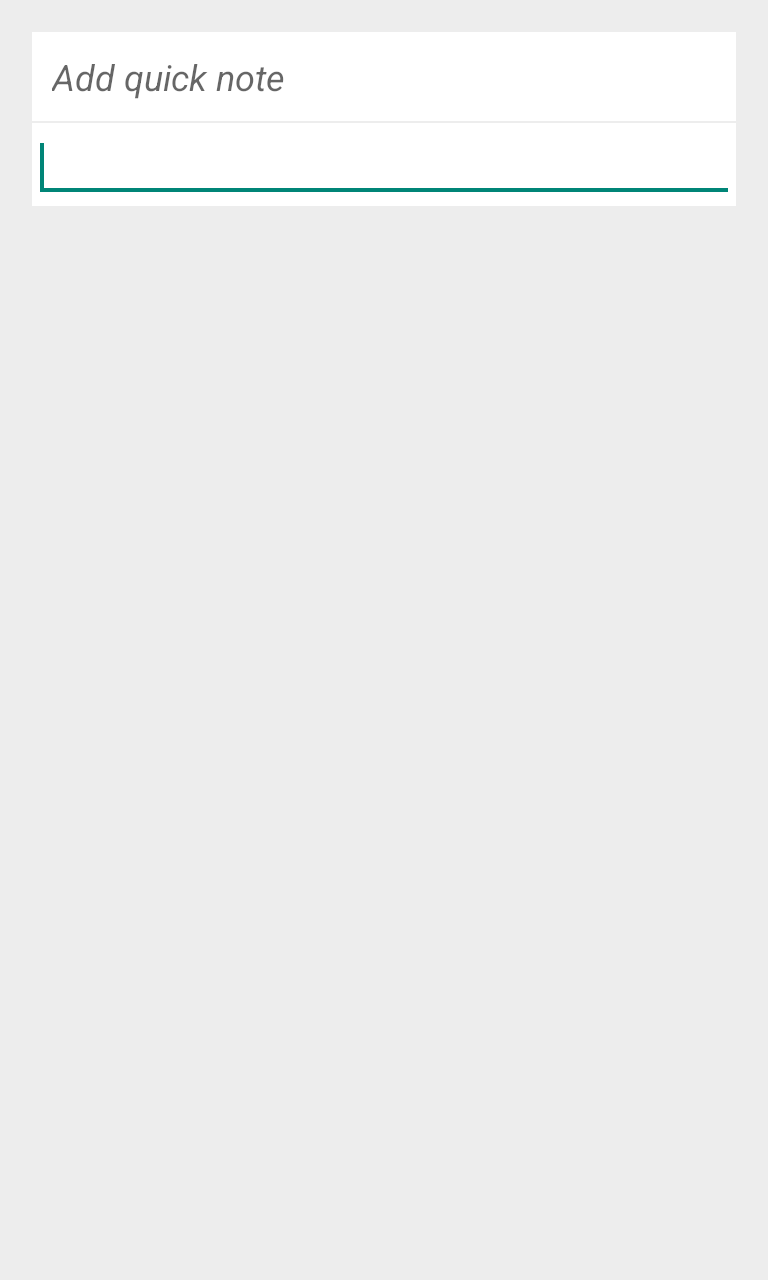
Repository: ishwormali/practices
Layout: Android/GoogleKeep/GoogleKeep/res/layout/fragment_main.xml
These files come from the project's save history. The layout is drawn as it stood at one moment and after a run of saves; the edit follows.
It is drawn on a 768 x 1280 px phone screen (xhdpi) without system bars, with theme Theme.Orangeboom; the app's code is not run.

Above is the layout before, as saved 2014-04-01 05:43:31.

After the next 2 saves:
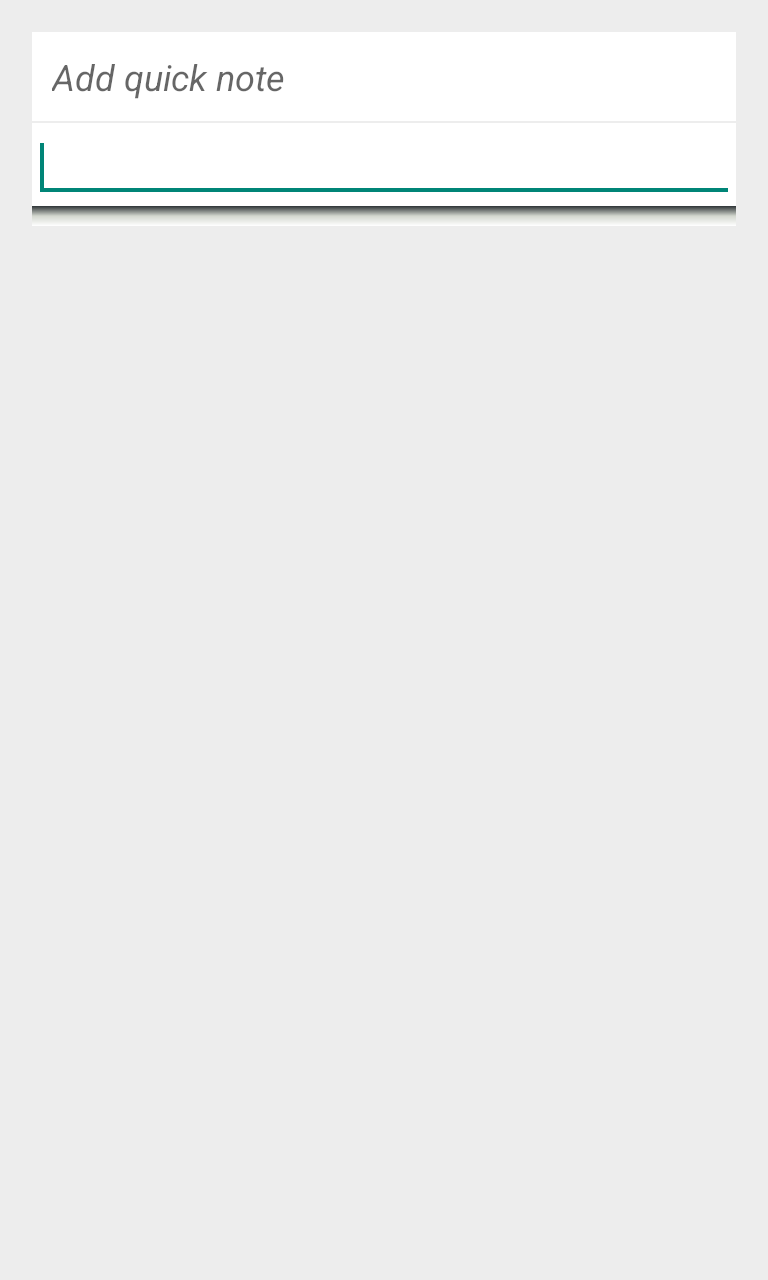
The 2 saves are shown as one change because 1 did not build or start.
The last was saved 21 s later.
--- a/Android/GoogleKeep/GoogleKeep/res/layout/fragment_main.xml
+++ b/Android/GoogleKeep/GoogleKeep/res/layout/fragment_main.xml
@@ -42,6 +42,12 @@ android:background="@color/main_background" />
 
             <requestFocus />
         </EditText>
+        <View
+    android:id="@+id/divider"
+    android:background="@drawable/drop_shadow"
+    android:layout_width="match_parent"
+    android:layout_height="10sp"
+    android:layout_below="@+id/buildingsList"/>
     </LinearLayout>
 
 </RelativeLayout>
